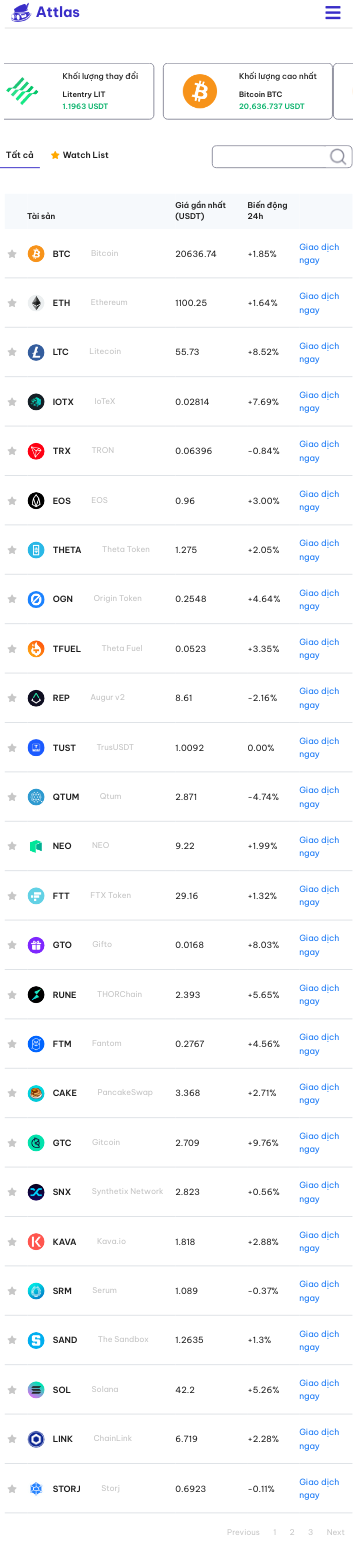
Repository: 1509Long/1509long.github.io
Page: techmaster-test/homepage.html
An editor plug-in stored every save of this project. The page is shown before and after the next save, followed by the edit.
The browser window is 375 px wide. The pictures show the whole page, at 95% of full size.

Above is the page before, as saved 2022-07-19 17:43:15.

### techmaster-test/homepage.html
<!DOCTYPE html>
<html lang="en">
  <head>
    <title>Title</title>
    <!-- Required meta tags -->
    <meta charset="utf-8" />
    <meta
      name="viewport"
      content="width=device-width, initial-scale=1, shrink-to-fit=no"
    />

    <!-- Bootstrap CSS v5.2.0-beta1 -->
    <link
      rel="stylesheet"
      href="https://cdn.jsdelivr.net/npm/bootstrap@5.2.0-beta1/dist/css/bootstrap.min.css"
      integrity="sha384-0evHe/X+R7YkIZDRvuzKMRqM+OrBnVFBL6DOitfPri4tjfHxaWutUpFmBp4vmVor"
      crossorigin="anonymous"
    />
    <link
      rel="stylesheet"
      href="https://cdnjs.cloudflare.com/ajax/libs/font-awesome/5.15.3/css/all.min.css"
      integrity="sha512-iBBXm8fW90+nuLcSKlbmrPcLa0OT92xO1BIsZ+ywDWZCvqsWgccV3gFoRBv0z+8dLJgyAHIhR35VZc2oM/gI1w=="
      crossorigin="anonymous"
      referrerpolicy="no-referrer"
    />
    <script src="https://ajax.googleapis.com/ajax/libs/jquery/3.6.0/jquery.min.js"></script>

    <link rel="stylesheet" href="./homepage.css" />
    <link rel="stylesheet" href="./navbar-search.css" />
  </head>
  <body>
    <div class="container-lg">
      <nav class="navbar navbar-expand-md top-md-navbar">
        <div class="container-fluid">
          <a class="navbar-brand" href="./homepage.html">
            <div class="d-flex align-items-center attlas-logo-navbar">
              <img src="./img/header-logo.png" class="img-fluid" alt="" />
              <p>Attlas</p>
            </div>
          </a>
          <button
            class="navbar-toggler"
            type="button"
            data-bs-toggle="collapse"
            data-bs-target="#navbarNavAltMarkup"
            aria-controls="navbarNavAltMarkup"
            aria-expanded="false"
            aria-label="Toggle navigation"
          >
            <i class="fas fa-bars"></i>
          </button>

          <div class="collapse navbar-collapse" id="navbarNavAltMarkup">
            <div
              class="d-flex justify-content-between align-items-center nav-text"
            >
              <ul class="navbar-nav navbar-part1">
                <li class="nav-item dropdown">
                  <a
                    class="nav-link dropdown-toggle"
                    href="#"
                    id="navbarDropdown"
                    role="button"
                    data-bs-toggle="dropdown"
                    aria-expanded="false"
                  >
                    Giao dịch
                  </a>
                  <ul class="dropdown-menu" aria-labelledby="navbarDropdown">
                    <li><a class="dropdown-item" href="#">Spot</a></li>
                    <li>
                      <a class="dropdown-item" href="#">Ký quỹ</a>
                    </li>
                    <li>
                      <a class="dropdown-item" href="#">P2P trading</a>
                    </li>
                  </ul>
                </li>
                <li class="nav-item">
                  <a class="nav-link" href="#">Thị trường</a>
                </li>
                <li class="nav-item">
                  <a class="nav-link" href="#">Phái sinh</a>
                </li>
                <li class="nav-item dropdown">
                  <a
                    class="nav-link dropdown-toggle"
                    href="#"
                    id="navbarDropdown"
                    role="button"
                    data-bs-toggle="dropdown"
                    aria-expanded="false"
                  >
                    Earn
                  </a>
                  <ul class="dropdown-menu" aria-labelledby="navbarDropdown">
                    <li><a class="dropdown-item" href="#">Launchpad</a></li>
                    <li>
                      <a class="dropdown-item" href="#">Staking</a>
                    </li>
                    <li>
                      <a class="dropdown-item" href="#">Farming</a>
                    </li>
                  </ul>
                </li>
              </ul>

              <ul class="navbar-nav navbar-part2">
                <li class="nav-item d-flex align-items-center">
                  <a class="nav-link account-wallet" href="./wallet.html"
                    >Wallet</a
                  >
                </li>
                <li class="nav-item d-flex align-items-center">
                  <a class="nav-link" href="#"><i class="fas fa-bell"></i></a>
                </li>
                <li class="nav-item">
                  <a class="nav-link" href="#">
                    <div class="d-flex align-items-center user-account">
                      <p>Jen Glover</p>
                      <img
                        src="./img/Rectangle 356.png"
                        class="img-fluid"
                        alt=""
                      />
                    </div>
                  </a>
                </li>
              </ul>
            </div>
          </div>
        </div>
      </nav>

      <div class="top-of-the-day d-flex justify-content-between">
        <div class="d-flex align-items-center">
          <div class="token-top">
            <img src="./img/589_Yrl.png" class="img-fluid" alt="" />
          </div>
          <div class="infomation-token-of-the-day">
            <p>Khối lượng thay đổi</p>
            <p>Litentry LIT</p>
            <p class="increase">1.1963 USDT</p>
          </div>
        </div>
        <div class="d-flex align-items-center">
          <div class="token-top">
            <img src="./img/1.png" class="img-fluid" alt="" />
          </div>
          <div class="infomation-token-of-the-day">
            <p>Khối lượng cao nhất</p>
            <p>Bitcoin BTC</p>
            <p class="increase">20,636.737 USDT</p>
          </div>
        </div>
        <div class="d-flex align-items-center">
          <div class="token-top">
            <img src="./img/icon_MANA.png" class="img-fluid" alt="" />
          </div>
          <div class="infomation-token-of-the-day">
            <p>Top tăng giá (24h)</p>
            <p>Decentraland MANA</p>
            <p class="increase">1.0226 USDT</p>
          </div>
        </div>
        <div class="d-flex align-items-center">
          <div class="token-top">
            <img src="./img/icon_PLATO.png" class="img-fluid" alt="" />
          </div>
          <div class="infomation-token-of-the-day">
            <p>Top giảm giá (24h)</p>
            <p>Plato Farm PLATO</p>
            <p class="decrease">0.0068 USDT</p>
          </div>
        </div>
      </div>

      <div
        id="carousel-slider-responsive"
        class="carousel slide"
        data-bs-ride="carousel"
      >
        <div class="carousel-inner">
          <div class="carousel-item active">
            <div class="row d-flex justify-content-evenly">
              <div class="col-6 col-sm-5 col-md-4">
                <div class="carousel-top-token">
                  <div class="token-top">
                    <img src="./img/589_Yrl.png" class="img-fluid" alt="" />
                  </div>
                  <div class="infomation-token-of-the-day">
                    <p>Khối lượng thay đổi</p>
                    <p>Litentry LIT</p>
                    <p class="increase">1.1963 USDT</p>
                  </div>
                </div>
              </div>
              <div class="col-6 col-sm-5 col-md-4">
                <div class="carousel-top-token">
                  <div class="token-top">
                    <img src="./img/1.png" class="img-fluid" alt="" />
                  </div>
                  <div class="infomation-token-of-the-day">
                    <p>Khối lượng cao nhất</p>
                    <p>Bitcoin BTC</p>
                    <p class="increase">20,636.737 USDT</p>
                  </div>
                </div>
              </div>
            </div>
          </div>

          <div class="carousel-item">
            <div class="row d-flex justify-content-evenly">
              <div class="col-6 col-sm-5 col-md-4">
                <div class="carousel-top-token">
                  <div class="token-top">
                    <img src="./img/icon_MANA.png" class="img-fluid" alt="" />
                  </div>
                  <div class="infomation-token-of-the-day">
                    <p>Top tăng giá (24h)</p>
                    <p>Decentraland MANA</p>
                    <p class="increase">1.0226 USDT</p>
                  </div>
                </div>
              </div>
              <div class="col-6 col-sm-5 col-md-4">
                <div class="carousel-top-token">
                  <div class="token-top">
                    <img src="./img/icon_PLATO.png" class="img-fluid" alt="" />
                  </div>
                  <div class="infomation-token-of-the-day">
                    <p>Top giảm giá (24h)</p>
                    <p>Plato Farm PLATO</p>
                    <p class="decrease">0.0068 USDT</p>
                  </div>
                </div>
              </div>
            </div>
          </div>
        </div>
      </div>

      <div>
        <div class="row d-flex justify-content-between align-items-center">
          <ul class="nav nav-pills col-5" id="pills-tab" role="tablist">
            <li class="nav-item" role="presentation">
              <button
                class="nav-link active"
                id="pills-home-tab"
                data-bs-toggle="pill"
                data-bs-target="#pills-home"
                type="button"
                role="tab"
                aria-controls="pills-home"
                aria-selected="true"
              >
                Tất cả
              </button>
            </li>
            <li class="nav-item" role="presentation">
              <button
                class="nav-link d-flex align-items-center"
                id="pills-profile-tab"
                data-bs-toggle="pill"
                data-bs-target="#pills-profile"
                type="button"
                role="tab"
                aria-controls="pills-profile"
                aria-selected="false"
              >
                <i class="fas fa-star star-navbar"></i> Watch List
              </button>
            </li>
          </ul>

          <div class="col-5 d-flex justify-content-end search-bar-title">
            <div class="input-group has-validation search-bar">
              <input
                type="text"
                class="form-control search"
                id="validationCustomUsername"
                aria-describedby="inputGroupPrepend"
              />
              <span class="input-group-text search-icon" id="inputGroupPrepend"
                ><img src="./img/Group.png"
              /></span>
            </div>
          </div>
        </div>

        <div class="tab-content" id="pills-tabContent">
          <div
            class="tab-pane fade show active"
            id="pills-home"
            role="tabpanel"
            aria-labelledby="pills-home-tab"
            tabindex="0"
          >
            <div class="table-6-cells">
              <table id="table" class="table align-middle">
                <thead>
                  <tr>
                    <th scope="col" class="line1"></th>
                    <th scope="col" class="line2">Tài sản</th>
                    <th scope="col" class="line3">Giá gần nhất (USDT)</th>
                    <th scope="col" class="line4">Biến động 24h</th>
                    <th scope="col" class="line5">Khối lượng 24h</th>
                    <th scope="col" class="line6"></th>
                  </tr>
                </thead>
                <tbody id="table-body"></tbody>
              </table>
              <div>
                <nav aria-label="navigation">
                  <ul class="pagination d-flex justify-content-end">
                    <li class="page-item">
                      <a class="page-link" href="#">Previous</a>
                    </li>
                    <li class="page-item">
                      <a class="page-link" href="#">1</a>
                    </li>
                    <li class="page-item">
                      <a class="page-link" href="#">2</a>
                    </li>
                    <li class="page-item">
                      <a class="page-link" href="#">3</a>
                    </li>
                    <li class="page-item">
                      <a class="page-link" href="#">Next</a>
                    </li>
                  </ul>
                </nav>
              </div>
            </div>

            <div class="table-5-cells">
              <table id="table" class="table align-middle">
                <thead id="table-head-respon">
                  <tr>
                    <th scope="col"></th>
                    <th scope="col">Tài sản</th>
                    <th scope="col">Giá gần nhất (USDT)</th>
                    <th scope="col">Biến động 24h</th>
                    <th scope="col"></th>
                  </tr>
                </thead>
                <tbody id="table-body-respon"></tbody>
              </table>
              <div>
                <nav aria-label="navigation">
                  <ul class="pagination d-flex justify-content-end">
                    <li class="page-item">
                      <a class="page-link" href="#">Previous</a>
                    </li>
                    <li class="page-item">
                      <a class="page-link" href="#">1</a>
                    </li>
                    <li class="page-item">
                      <a class="page-link" href="#">2</a>
                    </li>
                    <li class="page-item">
                      <a class="page-link" href="#">3</a>
                    </li>
                    <li class="page-item">
                      <a class="page-link" href="#">Next</a>
                    </li>
                  </ul>
                </nav>
              </div>
            </div>
          </div>
          <div
            class="tab-pane fade"
            id="pills-profile"
            role="tabpanel"
            aria-labelledby="pills-profile-tab"
            tabindex="0"
          ></div>
        </div>
      </div>
    </div>
    <!-- Bootstrap JavaScript Libraries -->
    <script
      src="https://cdn.jsdelivr.net/npm/@popperjs/core@2.11.5/dist/umd/popper.min.js"
      integrity="sha384-Xe+8cL9oJa6tN/veChSP7q+mnSPaj5Bcu9mPX5F5xIGE0DVittaqT5lorf0EI7Vk"
      crossorigin="anonymous"
    ></script>

    <script
      src="https://cdn.jsdelivr.net/npm/bootstrap@5.2.0-beta1/dist/js/bootstrap.min.js"
      integrity="sha384-kjU+l4N0Yf4ZOJErLsIcvOU2qSb74wXpOhqTvwVx3OElZRweTnQ6d31fXEoRD1Jy"
      crossorigin="anonymous"
    ></script>

    <script src="./file-data.js"></script>

    <script>
      var table = document.getElementById("table-body");
      var responTable = document.getElementById("table-body-respon");

      function inToTable(data) {
        for (var i = 0; i < data.length; i++) {
          var infomation = data[i];

          var row = document.createElement("tr");
          var row2 = document.createElement("tr");

          var key = ["box1", "asset", "price", "change", "volumn", "link"];
          var key2 = ["box1", "asset", "price", "change", "link"];

          for (var j = 0; j < key.length; j++) {
            var cell = document.createElement("td");
            cell.innerHTML = infomation[key[j]];

            row.appendChild(cell);
          }

          table.appendChild(row);

          for (var e = 0; e < key2.length; e++) {
            var cell2 = document.createElement("td");
            cell2.innerHTML = infomation[key2[e]];

            row2.appendChild(cell2);
          }
          responTable.appendChild(row2);
        }
      }

      inToTable(informationTokenHomePage);

      var tableInfoChange = document.querySelectorAll(
        "#table-body tr td:nth-child(4)"
      );
      var tableInfoPrice = document.querySelectorAll(
        "#table-body tr td:nth-child(3)"
      );

      function putColor(data) {
        for (i = 0; i < data.length; i++) {
          tableInfoPrice[i].innerHTML = parseFloat(
            tableInfoPrice[i].textContent
          ).toLocaleString("en-US", { maximumFractionDigits: "5" });

          if (parseFloat(data[i].change) > 0) {
            tableInfoChange[i].setAttribute("class", "increase");
            tableInfoPrice[i].setAttribute("class", "increase");
          } else {
            tableInfoChange[i].setAttribute("class", "decrease");
            tableInfoPrice[i].setAttribute("class", "decrease");
          }
        }
      }

      putColor(informationTokenHomePage);

      function fillColorForPrice() {
        tableInfoPrice[2].setAttribute("class", "decrease");
        tableInfoPrice[3].setAttribute("class", "decrease");
        tableInfoPrice[8].setAttribute("class", "decrease");
        tableInfoPrice[10].setAttribute("class", "increase");
        tableInfoPrice[11].setAttribute("class", "increase");
        tableInfoPrice[13].setAttribute("class", "decrease");
        tableInfoPrice[15].setAttribute("class", "decrease");
        tableInfoPrice[16].setAttribute("class", "decrease");
        tableInfoPrice[20].setAttribute("class", "increase");
        tableInfoPrice[22].setAttribute("class", "decrease");
        tableInfoPrice[25].setAttribute("class", "decrease");
      }

      fillColorForPrice();
    </script>

    <script>
      function yellowStar(x) {
        console.log(x.classList);
        x.classList.toggle("yellow");
      }
    </script>
  </body>
</html>

### techmaster-test/homepage.css
@import url('https://fonts.googleapis.com/css2?family=Be+Vietnam+Pro:ital,wght@0,100;0,400;0,500;0,600;0,700;0,900;1,100;1,300;1,400;1,500;1,600;1,800;1,900&display=swap');
html {
    font-size: 10px;
}

* {
     box-sizing: border-box !important;
}

body {
    font-family: 'Be Vietnam Pro', sans-serif;
}

.padding {
    padding: 0 !important;
}

.margin , .img-fluid {
    margin: 0 !important;
}

p {
    font-size: 1.4rem;
    font-weight: 400;
    margin-bottom: 0;
    color: #1F1F1F;
}

a {
    text-decoration: none;
}

.increase {
    color: #05B169;
}

.decrease {
    color: #E95F67;
}

@media screen and (max-width : 1399px) {
    html {
        font-size: 9px;
    }
}

@media screen and (max-width : 1199px) {
    html {
        font-size: 8px;
    }
}

@media screen and (max-width : 991px) {
    html {
        font-size: 7px;
    }
}

@media screen and (max-width : 844px) {
    .top-of-the-day {
        display: none !important;
    }

    #carousel-slider-responsive {
        display: block !important;
    }
}

@media screen and (max-width : 767px) {
    html {
        font-size: 6px;
    }
}

@media screen and (max-width : 575px) {
    .table-5-cells {
        display: block !important;
    }

    .table-6-cells {
        display: none;
    }

    .asset p:nth-child(2) {
        margin-right: 1.6rem;
        margin-left: 1rem;
    }
}

/* 4 div in header */
.top-of-the-day {
    margin: 0 0 4.5rem;
}

.top-of-the-day > div {
    width: 29rem;
    padding: 1rem 1.5rem;
    border-radius: 5px;
    border: 0.5px solid #8B8C9B;
}

.token-top {
    width: 7.6rem;
    height: 7.6rem;
    padding: 0.8rem;
    display: block;
    justify-content: center;
    align-items: center;
    margin-right: 2rem;
}

.infomation-token-of-the-day {
    display: flex;
    flex-direction: column;
    justify-content: space-around;
}

.infomation-token-of-the-day p:first-child {
    font-weight: 500;
    font-size: 1.4rem;
    margin-bottom: 1.2rem;
}

.infomation-token-of-the-day p:nth-child(2) {
    font-weight: 600;
    font-size: 1.3rem;
    margin-bottom: 0.2rem;
}

.infomation-token-of-the-day p:last-child {
    font-weight: 600;
    font-size: 1.3rem;
}

/* Responsive (mobile and tablet) */
#carousel-slider-responsive {
    display: none;
    margin: 0 0 4.5rem;
}

.carousel-top-token {
    display: flex;
    justify-content: space-evenly;
    align-items: center;
    padding: 1rem 1.5rem;
    border-radius: 5px;
    border: 0.5px solid #8B8C9B;
}

/* Navs and tabs */

.star-navbar {
    font-size: 1.4rem;
    color: #FFA800;
    padding-right: 0.5rem;
}

.nav-link {
    font-size: 1.5rem;
    font-weight: 600;
    color: #1F1F1F;
    transition: 0.3s;
}

#pills-home-tab {
    margin-right: 1rem;
}

.nav-pills .nav-link.active, .nav-pills .show>.nav-link {
    background-color: #fff;
    color: #1F1F1F;
    padding-bottom: 1rem;
    border-bottom: 0.3rem solid #392dc8;
    border-radius: 0;
}

/* Table */
#table {
    width: 100%;
    margin-top: 4.5rem;
}

.table>:not(caption)>*>* {
    padding: 2rem 0;
}

tbody tr td , .click-here {
    font-size: 1.5rem;
    font-weight: 400;
    color: #1F1F1F;
}

thead tr th {
    color: #1F1F1F;
    font-size: 1.4rem;
    font-weight: 600;
    padding: 1rem 0 !important;
    background: #F6F9FC !important;
    border: none;
}

#table-body tr td:first-child , .line1 {
    width: 6.2rem;
    text-align: center;
}

#table-body tr td:nth-child(2) , .line2 {
    width: 41.8rem;
}

#table-body tr td:nth-child(3) , #table-body tr td:nth-child(4) , #table-body tr td:nth-child(5) , #table-body tr td:last-child {
    width: 21rem;
}

.line3 , .line4 , .line5 , .line6 {
    width: 21rem;
}

#table-body tr td:nth-child(4) , .line4 {
    text-align: center;
}

#table-body tr td:nth-child(5) , #table-body tr td:last-child , .line5 , .line6 {
    text-align: end;
    padding-right: 1rem;
}

.watch-list {
    color: #C7C7C7;
    padding: 0.5rem;
}

.yellow {
    color: #FFA800 !important;
}

.size {
    width: 3rem;
    border-radius: 4rem;
}

.asset p:last-child {
    font-size: 1.4rem;
    font-weight: 400;
    color: #C3C3C3;
}

.asset p:nth-child(2) {
    font-size: 1.5rem;
    font-weight: 600;
    margin-right: 3.6rem;
    margin-left: 1.5rem;
}

.click-here {
    color: #1576F5;
}

.click-here:hover , .click-here:focus {
    color: #0857be;
}

/* Responsive (mobile and tablet) */

.table-5-cells {
    display: none;
}

#table-body-respon tr td:first-child {
    width: 4rem;
}

#table-body-respon tr td:nth-child(2) {
    width: 26rem;
}
/* Pagination */
.pagination {
    margin: 1.5rem 0 4rem;
}

.page-link {
    font-size: 1.4rem;
    font-weight: 400;
    color: #C7C7C7;
    padding: 0.75rem 1.25rem;
    border-radius: 0.5rem;
    border: none;
}

.page-link:focus , .page-link:hover {
    font-weight: 600;
    box-shadow: 0 0 0 0;
    color: #1F1F1F;
}

/* Scrollbar */
::-webkit-scrollbar {
    max-width: 1rem;
}

::-webkit-scrollbar-track {
    background-color: #fff;
}

::-webkit-scrollbar-thumb {
    background-color: #392DC8;
    height: 5rem;
}

::-webkit-scrollbar-thumb:hover {
    background-color: #251d83;
}

### techmaster-test/navbar-search.css
/* Attlas-logo-navbar */
.attlas-logo-navbar img {
    width: 3.5rem;
}

.attlas-logo-navbar p {
    color: #392dc8;
    font-size: 2.5rem;
    font-weight: 700;
    margin-left: 0.75rem;
}

.navbar-brand {
    margin-right: 5rem;
}

/* Nav-bar */
.nav-text {
    width: 100%;
}

.top-navbar .nav-link {
    font-size: 1.5rem;
    font-weight: 600;
    padding: 1rem !important;
    color: #1F1F1F;
}

.top-md-navbar {
    margin-bottom: 6rem;
    padding: 0 0.5rem 0.5rem;
    border-bottom: 1px solid #E1E1E1;
}

.navbar-part1 {
    gap: 3rem;
}

.navbar-part2 {
    gap: 1.5rem;
}

.user-account p {
    margin-right: 1.5rem;
    font-size: 1.5rem;
    font-weight: 600;
    color: #392dc8;
}

.user-account img {
    max-width: 3.5rem;
    width: 100%;
    border-radius: 2.4rem;
}

.fa-bell {
    font-size: 2rem;
    color: #392dc8;
}

.account-wallet {
    color: #392dc8 !important;
}

.dropdown-item {
    width: 30rem;
    font-size: 1.4rem;
    font-weight: 500;
    padding: 1rem 0.75rem !important;
    color: #b3b2b2;
}

.dropdown-item:focus, .dropdown-item:hover {
    background-color: #dfd9f7;
    color: #1F1F1F;
}

.dropdown-menu {
    border-radius: 0.5rem;
    border: 1px solid #E1E1E1;
    border-top: 0;
    background-color: #fff;
    padding: 1rem 0;

}

.navbar-expand-lg .navbar-nav .dropdown-menu {
    position: absolute;
    top: 5.3rem;
}

/* Responsive (mobile and tablet) */

.fa-bars {
    font-size: 3rem;
    color: #392dc8;
}

.navbar-toggler {
    border: none;
}

.navbar-toggler:focus {
    border: none;
    box-shadow: 0 0 0 0;
}

@media screen and (max-width : 767px) {
    .nav-text {
        flex-direction: column !important;
        align-items: start !important;
        padding: 1.5rem;
    }

    .navbar-part1 , .navbar-part2 {
        gap: 0;
    }

    .navbar-part1 li {
        margin-bottom: 1rem;
    }

    .navbar-part2 li {
        margin-top: 1.25rem;
    }

    .navbar-part2 li:nth-child(2) , .navbar-part2 li:nth-child(3) {
        display: none !important;
    }

    .dropdown-menu {
        border: none;
        padding: 0;
    }
}

/* Search bar */
.search-bar {
    width: 31rem;
    height: 4rem;
    border: 0.5px solid #8B8C9B;
    border-radius: 0.8rem;
}

.search {
    background-color: #fff;
    color: #1F1F1F;
    font-size: 1.4rem;
    font-weight: 500;
    border: 0;
    border-radius: 0.8rem;
}

.search-icon {
    background-color: #fff;
    box-shadow: 0 0 0 0;
    border: 0;
    border-radius: 0.8rem;
}

.search:focus {
    box-shadow: 0 0 0 0;
}

.search-bar:hover {
    border-color: #1576F5;
}

Loaded but not shown: techmaster-test/file-data.js (396 lines, source omitted)

After the next save:
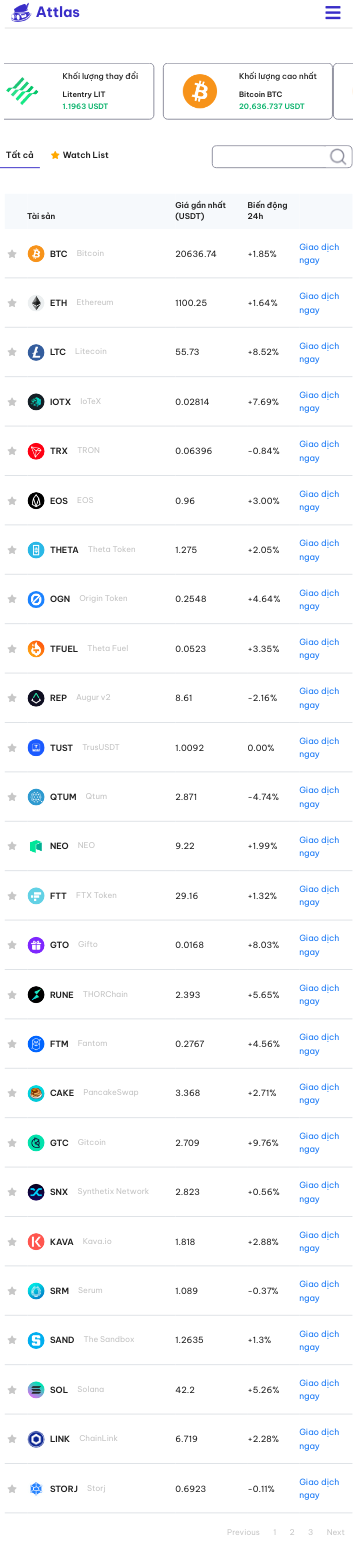
Saved 13 s later.
--- a/techmaster-test/homepage.css
+++ b/techmaster-test/homepage.css
@@ -82,8 +82,8 @@
     }
 
     .asset p:nth-child(2) {
-        margin-right: 1.6rem;
-        margin-left: 1rem;
+        margin-right: 1.6rem !important;
+        margin-left: 1rem !important;
     }
 }
 
